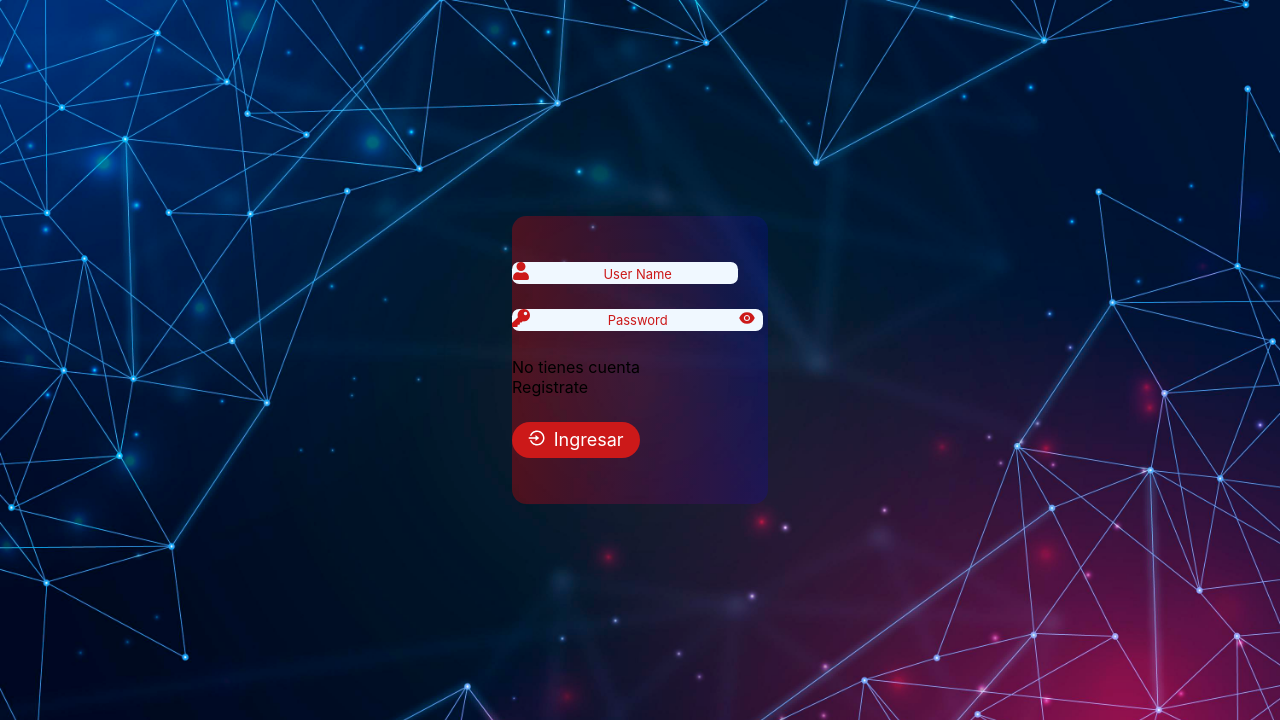
Repository: Davic1o/FrontendMunicipio
Page: /
These files come from the project's save history. The page is drawn as it stood at one moment and after the next save; the edit follows.
The browser window is 1280 px wide. The pictures show the whole page.
The project was rebuilt for these pictures with package versions that can differ from the ones it lists, and the page was loaded fresh each time.

Above is the page before, as saved 2024-02-21 18:27:09.

### src/index.css
*{
  user-select: none;
  cursor: default;
}


body {
  margin: 0;
  font-family: -apple-system, BlinkMacSystemFont, 'Segoe UI', 'Roboto', 'Oxygen',
    'Ubuntu', 'Cantarell', 'Fira Sans', 'Droid Sans', 'Helvetica Neue',
    sans-serif;
  -webkit-font-smoothing: antialiased;
  -moz-osx-font-smoothing: grayscale;
}

code {
  font-family: source-code-pro, Menlo, Monaco, Consolas, 'Courier New',
    monospace;
}
input {
  border: none;
  outline: none;
  margin: 0;
  padding: 0;
  background: none;
  font-family: inherit;
  color: inherit;
  text-align: left;
}

input:focus {
  outline: none;
}

:root{

  --color-primario: #cc1919;
  --color-secundario: #cc1919ab;
  --color-blanco: #ffffff;
}

### src/App.jsx
import Rutas from './routes/Rutas'

function App() {
  return (
    <>
      <Rutas/>
    </>
  );
}

export default App;

### src/routes/Rutas.jsx
import React from 'react'
import { Routes, Route } from 'react-router-dom';
import Login from '../pages/Login';


function Rutas() {
  return (

      <Routes>
          <Route path="/" element={<Login/>} />
      </Routes>
  )
}

export default Rutas

### src/pages/Login.jsx
import React from 'react'
import InputTexto from '../components/inputs/InputTexto'
import InputPass from '../components/inputs/InputPass'
import BotonAcceso from '../components/botones/BotonAcceso'

import './login.css'
import { FaUser, FaKey  } from "react-icons/fa";
import { RiLoginCircleLine } from "react-icons/ri";

function Login() {
  return (
    <div>
        <div className="login__container">
            <div className="login__form">
                <div className="form form__userName">
                <div className="input__userName">
                <InputTexto Icono={<FaUser/>} Placeholder="User Name"/>
                </div>
                </div>
                <div className="form form__userPass">
                <div className="input__userPass">
                <InputPass Icono={<FaKey />} Placeholder="Password"/>
                </div>
                </div>

                <div className="form form__register">
                <div className="text__register">
                No tienes cuenta
                <div className="link__register">Registrate</div>
                </div>
                </div>

                <div className="form form__acept">
                    <div className="button__acept">
                        <BotonAcceso Icono={<RiLoginCircleLine />} NombreBoton='Ingresar'/>
                    </div>
                </div>

            </div>
        </div>

    </div>
  )
}

export default Login

### src/components/inputs/InputTexto.jsx
import React from 'react'
import './inputTexto.css'

function InputTexto({Icono, Placeholder}) {
    const TipoInput = Placeholder;
  return (
    <>
    <div className="contenedor__inputTexto">
        <div className="inf__inputTexto">
            <div className="icono__inputTexto">
                {Icono}
            </div>
            <div className="campo__inputTexto">
            <input type="text" className='inputTexto' placeholder={TipoInput} />
            </div>
        </div>
    </div>
    </>
  )
}

export default InputTexto

### src/components/inputs/InputPass.jsx
import React, { useState } from 'react';
import { AiFillEye, AiFillEyeInvisible } from 'react-icons/ai';
import './inputPass.css';

function InputPass({ Icono, Placeholder }) {
  const [mostrarContrasenia, setMostrarContrasenia] = useState(false);
  const TipoInput = mostrarContrasenia ? 'text' : 'password';
  const IconoVisualizacion = mostrarContrasenia ? (
    <AiFillEyeInvisible />
  ) : (
    <AiFillEye />
  );

  return (
    <>
      <div className="contenedor__inputPass">
        <div className="inf__inputPass">
          <div className="icono__inputPass">{Icono}</div>
          <div className="campo__inputPass">
            <input
              type={TipoInput}
              className="inputPass"
              placeholder={Placeholder}
            />

          </div>
          <div
              className="vista__inputPass"
              onClick={() => setMostrarContrasenia(!mostrarContrasenia)}
            >
              {IconoVisualizacion}
            </div>
        </div>
      </div>
    </>
  );
}

export default InputPass;

### src/components/botones/BotonAcceso.jsx
import React from 'react'
import './botonAcceso.css'

function BotonAcceso({Icono,NombreBoton}) {
    const TextoBoton = NombreBoton;
  return (
    <>
    <div className="contenedorBotonAcceso">
        <div className="inf__botonAcceso">
            <div className="icono__botonAcceso">
                {Icono}
            </div>
            <div className="texto__botonAcceso">
                {TextoBoton}
            </div>

        </div>
    </div>

    </>
  )
}

export default BotonAcceso

### src/pages/login.css
.login__container{
    background-image:  url('../images/fondo_informacion.jpg');
    background-size: cover;
    height: 100vh;
    width: 100vw;
    box-sizing: border-box;
    display: flex;
    align-items: center;
    justify-content: center;
    z-index: 0;
}
.login__form{
    width: 20vw;
    height: 40vh;
    display: flex;
    flex-direction: column;
    justify-content: center;
    align-items: center;
    border-radius: 2vh;
    background: linear-gradient(to right, rgba(253, 0, 0, 0.288) 1%, rgba(16, 0, 235, 0.171));
}
.form{
    margin: 1vw;
    width: 100%;
    display: flex;
    justify-content: start;
}

### src/components/inputs/inputTexto.css
.contenedor__inputTexto{
    display: flex;
    flex-direction: row;
    justify-content: center;
    align-items: center;
    font-size: 2.5vh;
    border-radius: 1vh;
    cursor: pointer;
    width: 100%;
    background-color: aliceblue;
  }

  .inf__inputTexto{
    display: flex;
    justify-content: center;
    align-items: center;
  }

  .icono__inputTexto{
    color: var(--color-primario);
    margin-right: 1vh;
}
.campo__inputTexto{
  flex: 1;
}
.inputTexto{
  width: 100%;
    font-size: 1.8vh;
    color: var(--color-primario);
    transition: border 0.3s ease;
}
.inputTexto::placeholder{
    font-size: 1.8vh;
    color: var(--color-primario);
    text-align: center;
    transition: opacity 0.3s ease, transform 0.3s ease;
}

.inputTexto:focus::placeholder {
    opacity: 0;
    transform: scale(1);
  }

.inputTexto:focus {
    font-size: 1.8vh;
    color: var(--color-primario);
    font-weight:bold;
    border-bottom: 3px solid var(--color-primario);
 animation: borderAnimation 3s infinite alternate;
  }

  @keyframes borderAnimation {
    from {
      border-color: rgb(255, 255, 255); /* Cambia el color del borde al inicio de la animación */
    }
    to {
      border-color: rgb(255, 0, 0); /* Cambia el color del borde al final de la animación */
    }
  }

### src/components/inputs/inputPass.css
.contenedor__inputPass{
    display: flex;
    flex-direction: row;
    justify-content: center;
    align-items: center;
    font-size: 2.5vh;
    border-radius: 1vh;
    cursor: pointer;
    background-color: aliceblue;
}
.inf__inputPass{
    display: flex;
    justify-content: center;
    align-items: center;
}
.icono__inputPass, .vista__inputPass{
    color: var(--color-primario);
    margin-right: 1vh;
}
.vista__inputPass{
  cursor: pointer;
}
.vista__inputPass:first-child{
  cursor: pointer;
}
.inputPass{
    font-size: 1.8vh;
    color: var(--color-primario);
    transition: border 0.3s ease;
}
.inputPass::placeholder{
    font-size: 1.8vh;
    color: var(--color-primario);
    text-align: center;
    transition: opacity 0.3s ease, transform 0.3s ease;
}

.inputPass:focus::placeholder {
    opacity: 0;
    transform: scale(1);
  }

.inputPass:focus {
    font-size: 1.8vh;
    color: var(--color-primario);
    font-weight:bold;
    border-bottom: 3px solid var(--color-primario);
 animation: borderAnimation 3s infinite alternate;
  }

  @keyframes borderAnimation {
    from {
      border-color: rgb(255, 255, 255); /* Cambia el color del borde al inicio de la animación */
    }
    to {
      border-color: rgb(255, 0, 0); /* Cambia el color del borde al final de la animación */
    }
  }
  .campo__inputPass{
    display: flex;
  }

### src/components/botones/botonAcceso.css
.contenedorBotonAcceso{
    display: flex;
    flex-direction: row;
    justify-content: center;
    align-items: center;
    height: 5vh;
    width: 10vw;
    font-size: 2.5vh;
    border-radius: 3vh;
    cursor: pointer;
    background-color: var(--color-primario);
}
.inf__botonAcceso{
    display: flex;
    color: var(--color-blanco);
}

.contenedorBotonAcceso:hover .inf__botonAcceso .icono__botonAcceso{
    animation: spiner 1 0.5s linear;
}
.contenedorBotonAcceso:hover {
    background-color: var(--color-secundario);
}

.icono__botonAcceso{
    margin-right: 1vh;
    font-weight: bold
}

@keyframes spiner {
    from {
      transform: rotate(0deg);
    }
    to {
      transform: rotate(360deg);
    }
  }

Loaded but not shown: public/index.html (common file); src/index.js (common file); src/reportWebVitals.js (common file)

After the next save:
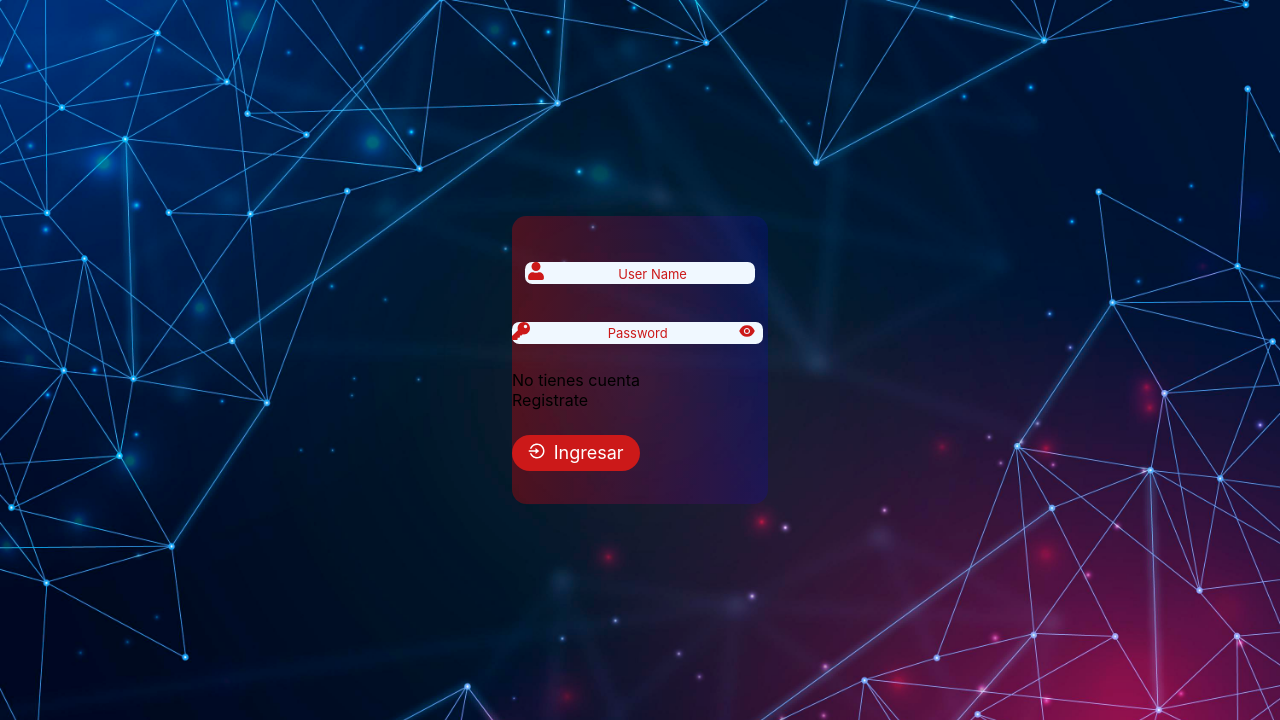
Saved 30 s later.
--- a/src/pages/login.css
+++ b/src/pages/login.css
@@ -25,3 +25,9 @@
     display: flex;
     justify-content: start;
 }
+.input__userName{
+    margin: 1vw;
+    width: 100%;
+    display: flex;
+    justify-content: start;
+}
